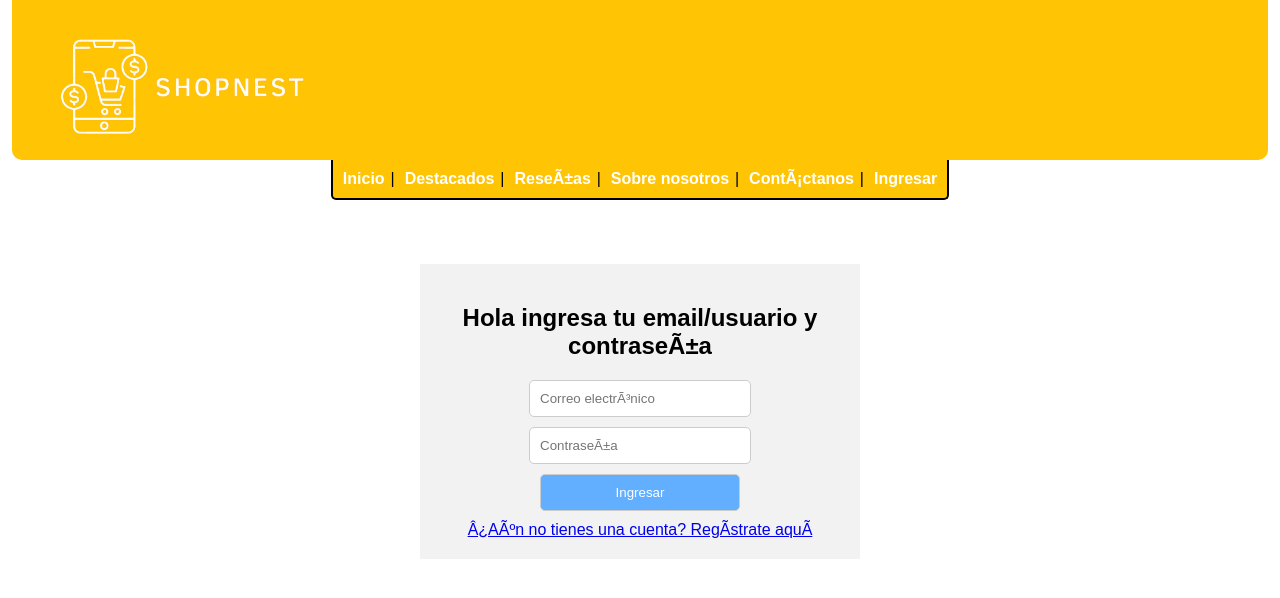
Repository: Regmalek07/ProyectoU
Page: inicio_sesion.html
The author's editor kept a copy of each file at every save. The page is drawn from the files as they stood at one save, then again after the next save.
The browser window is 1280 px wide. The pictures show the whole page.

Above is the page before, as saved 2024-04-29 14:32:07.
Console error: TypeError: Cannot read properties of null (reading 'style')

### inicio_sesion.html
<!DOCTYPE html>
<html>
    <head lang="es">
        <meta charset="UFT-8">
        <title>Inicio</title>
        <link rel="stylesheet" href="styles/styles.css">
    </head>
    <body>
        <header>
            <div class="logo">
                <a href="home.html">
                    <img src="images/Logo_1.png" alt="LogoShop">
                </a>
            </div>
        </header>
        <div class="menu-container">
            <nav>
                <ul>
                    <li><a href="home.html">Inicio</a><span>|</span></li>
                    <li><a href="destacado.html">Destacados</a><span>|</span></li>
                    <li><a href="resena.html">Reseñas</a><span>|</span></li>
                    <li><a href="sobre_nosotros.html">Sobre nosotros</a><span>|</span></li>
                    <li><a href="contacto.html">Contáctanos</a><span>|</span></li>
                    <li class="menu"> <!-- Cambia la clase a "menu" -->
                        <a>Ingresar</a>
                        <ul>
                            <li><a href="inicio_sesion.html">Iniciar Sesion</a></li>
                            <li><a href="registro.html">Regístrate</a></li>
                        </ul>
                    </li>
                </ul>
            </nav>
        </div>
        <section class="landing">
            <h1>Hola ingresa tu email/usuario y contraseña</h1>
            <form id="login-form">
                <input type="email" name="correo" placeholder="Correo electrónico" required>
                <input type="password" name="contrasena" placeholder="Contraseña" required>
                <button type="submit">Ingresar</button>
            </form>
            <a href="registro.html">¿Aún no tienes una cuenta? Regístrate aquí</a>
        </section>
        <script src="login.js"></script>
    </body>
</html>

### styles/styles.css
body {
    font-family: Arial, sans-serif;
    margin: 0;
    padding: 0;
    display: flex;
    flex-direction: column;
    align-items: center;
}

h1 {
    text-align: center;
}

p {
    text-align: center;
}
/* Estilos para el banner */

header {
    background-color: #ffc403;
    padding: 20px;
    display: flex;
    justify-content: space-between;
    align-items: center;
    max-height: 120px;
    width: 95%;
    border-bottom-left-radius: 10px;
    border-bottom-right-radius: 10px;
}

.logo img {
    width: 300px;
}

/* Estilos para la sección de landing */
.landing {
    background-color: #f2f2f2;
    margin: 5% 0;
    padding: 20px;
    text-align: center;
    max-width: 400px;
}

/* Estilos para los formularios */
input[type="email"],
input[type="password"],
button {
    margin: 10px auto;
    padding: 10px;
    width: 200px;
    display: block;
    border: 1px solid #ccc;
    border-radius: 5px;
}

button {
    background-color: #62aeff;
    color: #fff;
    cursor: pointer;
}

.menu-container {
    background-color: #ffc403; /* Color del encabezado */
    padding: 10px 0; /* Agrega un poco de espacio alrededor del menú */
    padding: 10px;
    border-left: 2px solid;
    border-right: 2px solid;
    border-bottom: 2px solid;
    border-bottom-left-radius: 5px;
    border-bottom-right-radius: 5px;
}

nav {
    margin-top: auto;

}

nav ul {
    list-style-type: none;
    margin: 0;
    padding: 0;
    display: flex;
    justify-content: center;
}

nav li {
    margin-right: 20px;
    position: relative;
}

nav li:last-child {
    margin-right: 0;
}

nav span {
    position: absolute;
    top: 50%;
    right: -10px;
    transform: translateY(-50%);
}

nav a {
    text-decoration: none;
    color: #fff;
    font-weight: bold;
}

nav a:hover {
    color: #105;
}

.menu {
    position: relative;
    text-align: center;
}

.menu:hover {
    background-color: #fff; /* Cambia el fondo al pasar el ratón */
}

.menu ul {
    list-style-type: none;
    padding: 0;
    margin: 0;
    display: none; /* Oculta las opciones por defecto */
    position: absolute;
    top: 100%;
    left: 0;
    width: 100%;
}

.menu:hover ul {
    display: block; /* Muestra las opciones al pasar el ratón */
}

.menu ul li:first-child {
    border-top: none; /* Elimina el borde superior del primer elemento */
}

.menu ul li a {
    display: block;
    text-decoration: none;
    color: #ffc403; /* Cambia el color del texto a amarillo */
    padding: 10px; /* Añade un relleno para mejorar la apariencia */
}

.menu ul li a:hover {
    background-color: #fff; /* Cambia el fondo al pasar el ratón */
    color: #ffc403; /* Cambia el color del texto al pasar el ratón */
}

### login.js
document.addEventListener("DOMContentLoaded", function() {
    // Verificar el estado de autenticación al cargar la página
    var isAuthenticated = localStorage.getItem("authenticated");

    if (isAuthenticated) {
        // Si el usuario no está autenticado, redirigir al inicio de sesión
        window.location.href = "home.html";
    } else {
        // Si el usuario no está autenticado, ocultar el botón de cierre de sesión
        document.getElementById("logout-button").style.display = "none";
    }
});
document.getElementById("login-form").addEventListener("submit", function(event) {
    event.preventDefault(); // Evitar el envío del formulario por defecto

    var formData = new FormData(this); // Obtener los datos del formulario

    // Convertir los datos del formulario a un objeto JSON
    var jsonData = {};
    formData.forEach(function(value, key) {
        jsonData[key] = value;
    });

    // Enviar los datos de inicio de sesión al servidor
    fetch('http://localhost:3000/usuarios?correo=' + encodeURIComponent(jsonData.correo) + '&contrasena=' + encodeURIComponent(jsonData.contrasena))
    .then(response => response.json())
    .then(data => {
        if (data.length > 0) {
            // Usuario autenticado, guardar estado de autenticación
            localStorage.setItem("authenticated", "true");
            // Usuario autenticado, redirigir a la página de home
            window.location.href = 'home.html';
        } else {
            // Credenciales incorrectas, mostrar un mensaje de error
            alert('Usuario o contraseña incorrectos. Por favor, inténtelo de nuevo.');
        }
    })
    .catch((error) => {
        console.error('Error al iniciar sesión:', error);
    });
});

After the next save:
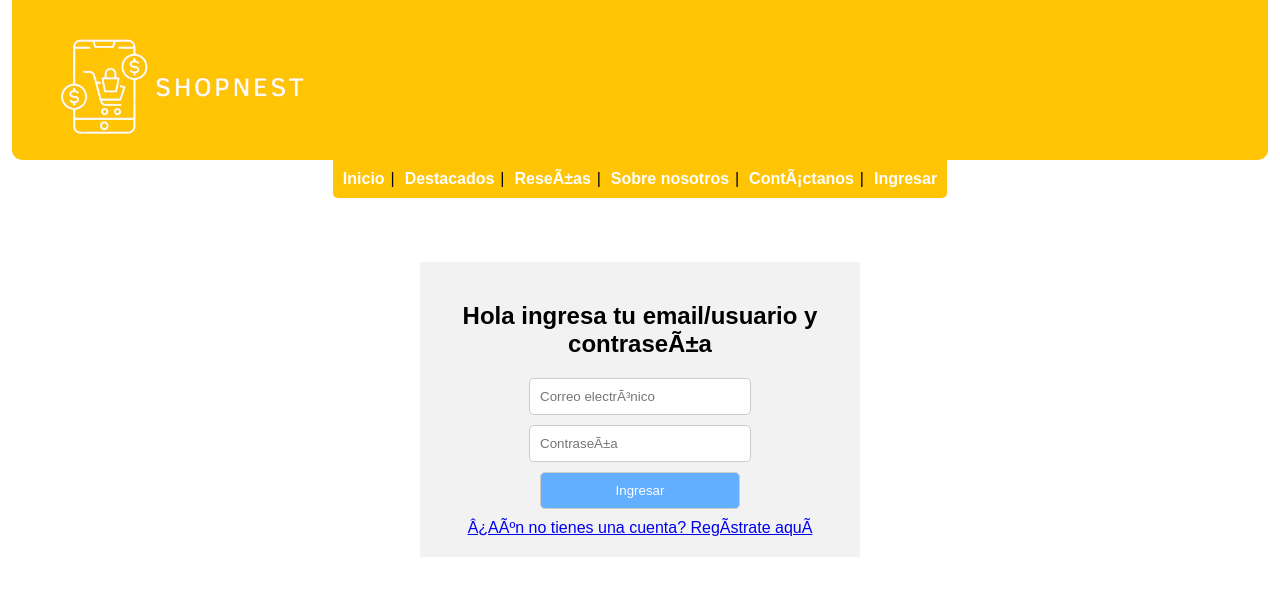
Saved 18 s later.
--- a/styles/styles.css
+++ b/styles/styles.css
@@ -63,9 +63,9 @@
     background-color: #ffc403; /* Color del encabezado */
     padding: 10px 0; /* Agrega un poco de espacio alrededor del menú */
     padding: 10px;
-    border-left: 2px solid;
-    border-right: 2px solid;
-    border-bottom: 2px solid;
+    border-left: 2px;
+    border-right: 2px;
+    border-bottom: 2px;
     border-bottom-left-radius: 5px;
     border-bottom-right-radius: 5px;
 }
